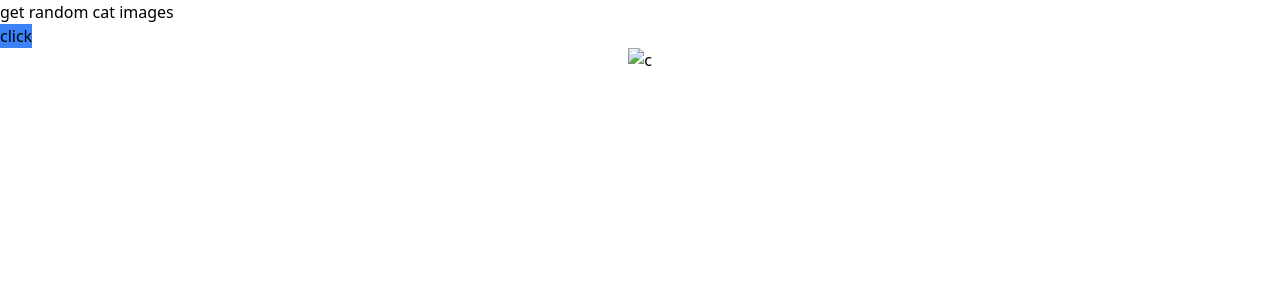
Repository: tentaciones/catMemeGenerator
Page: /
These files come from the project's save history. The page is drawn as it stood at one moment and after the next save; the edit follows.
The browser window is 1280 px wide. The pictures show the whole page.
The page's requests for data from a server got no answer. Some web fonts or font styles are not loaded; a fallback is used. The project was rebuilt for these pictures with package versions that can differ from the ones it lists, and the page was loaded fresh each time. No one was signed in, and anything a server would have sent is missing. Also part of the build but not shown: src/components/Navbar.jsx, src/components/Header.jsx, src/components/Post.jsx, src/components/Sidebar.jsx, src/pages/home.jsx.

Above is the page before, as saved 2022-07-07 19:04:28.

### public/index.html
<!DOCTYPE html>
<html lang="en">
  <head>
    <meta charset="utf-8" />
    <link rel="icon" href="%PUBLIC_URL%/favicon.ico" />
    <meta name="viewport" content="width=device-width, initial-scale=1" />
    <meta name="theme-color" content="#000000" />
    <meta
      name="description"
      content="Web site created using create-react-app"
    />
    <link rel="apple-touch-icon" href="%PUBLIC_URL%/logo192.png" />
    <link rel="preconnect" href="https://fonts.googleapis.com" />
    <link rel="preconnect" href="https://fonts.gstatic.com" crossorigin />
    <link
      href="https://fonts.googleapis.com/css2?family=Gentium+Book+Plus:ital@1&family=Rubik+Moonrocks&display=swap"
      rel="stylesheet"
    />
    <link rel="manifest" href="%PUBLIC_URL%/manifest.json" />

    <title>React App</title>
  </head>
  <body>
    <noscript>You need to enable JavaScript to run this app.</noscript>
    <div id="root"></div>
    <!--
      This HTML file is a template.
      If you open it directly in the browser, you will see an empty page.

      You can add webfonts, meta tags, or analytics to this file.
      The build step will place the bundled scripts into the <body> tag.

      To begin the development, run `npm start` or `yarn start`.
      To create a production bundle, use `npm run build` or `yarn build`.
    -->
  </body>
</html>

### src/App.js
import { Navbar } from "./components";
import Home from "./pages/Home";
import Loading from "./pages/Loading";
function App() {
  return (
    <div>
      <Loading />
    </div>
  );
}

export default App;

### src/components/index.js
export { default as Navbar } from "./Navbar";
export { default as Header } from "./Header";
export { default as Post } from "./Post";
export { default as Sidebar } from "./Sidebar";

### src/pages/Loading.jsx
import React, { useEffect, useState } from "react";

const Loading = () => {
  const [cat, setCat] = useState("");
  const [done, setDone] = useState(undefined);
  const getCat = () => {
    setTimeout(() => {
      fetch("https://aws.random.cat/meow")
        .then((res) => res.json())
        .then((data) => setCat(data.file));
      setDone(true);
    }, 1200);
  };
  useEffect(() => {
    getCat();
  }, []);

  return (
    <div>
      <div>get random cat images</div>
      <button className="bg-blue-500">click</button>
      <div className="flex justify-center">
        {!done ? <p>loading ..</p> : <img src={cat} alt="c" />}
      </div>
    </div>
  );
};

export default Loading;

Loaded but not shown: src/index.js (common file); src/index.css (common file); src/reportWebVitals.js (common file); tailwind.config.js (common file)

After the next save:
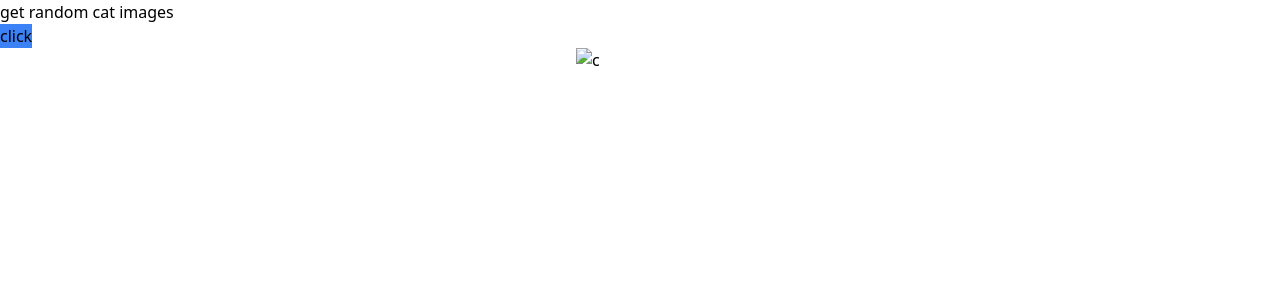
Saved 22 s later.
--- a/src/pages/Loading.jsx
+++ b/src/pages/Loading.jsx
@@ -20,7 +20,11 @@
       <div>get random cat images</div>
       <button className="bg-blue-500">click</button>
       <div className="flex justify-center">
-        {!done ? <p>loading ..</p> : <img src={cat} alt="c" />}
+        {!done ? (
+          <p>loading ..</p>
+        ) : (
+          <img src={cat} alt="c" className="h-32 w-32" />
+        )}
       </div>
     </div>
   );
